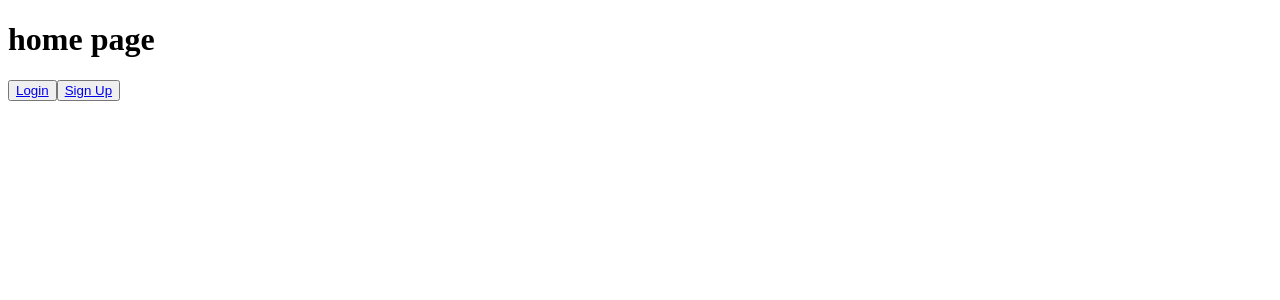
Repository: Styner-JEON/event
Page: / (app in frontend/)
The author's editor kept a copy of each file at every save. The page is drawn from the files as they stood at one save, then again after a run of saves.
The browser window is 1280 px wide. The pictures show the whole page.
The project was rebuilt for these pictures with package versions that can differ from the ones it lists, and the page was loaded fresh each time. The framework's server and built-in components were replaced by stand-ins that run in the browser. Also part of the build but not shown: frontend/next.config.ts.

Above is the page before, as saved 2025-04-16 16:24:46.

After the next 4 saves:
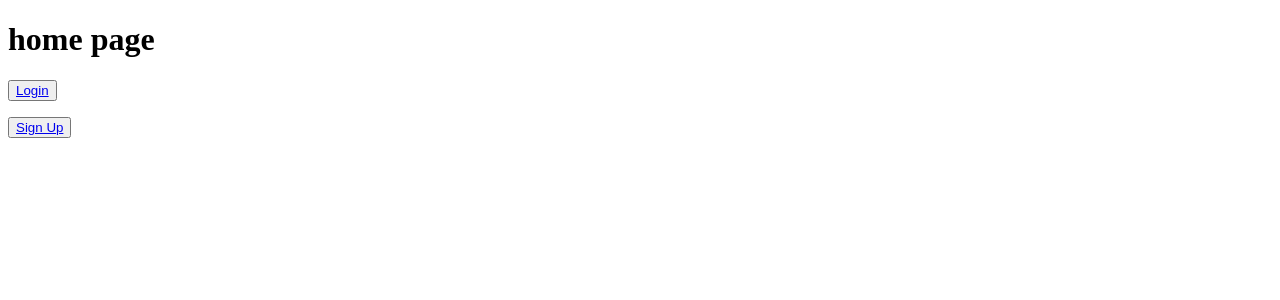
The 4 saves are shown as one change because they came seconds apart.
The last was saved 13 s later.
--- a/frontend/src/app/(home)/page.tsx
+++ b/frontend/src/app/(home)/page.tsx
@@ -9,9 +9,11 @@ export default function Home() {
     <main>
       <h1>home page</h1>
       <section>
-        <button>
+        <p>
+          <button>
           <Link href="/login">Login</Link>
-        </button>
+          </button>
+        </p>
         <button>
           <Link href="/signup">Sign Up</Link>
         </button>
